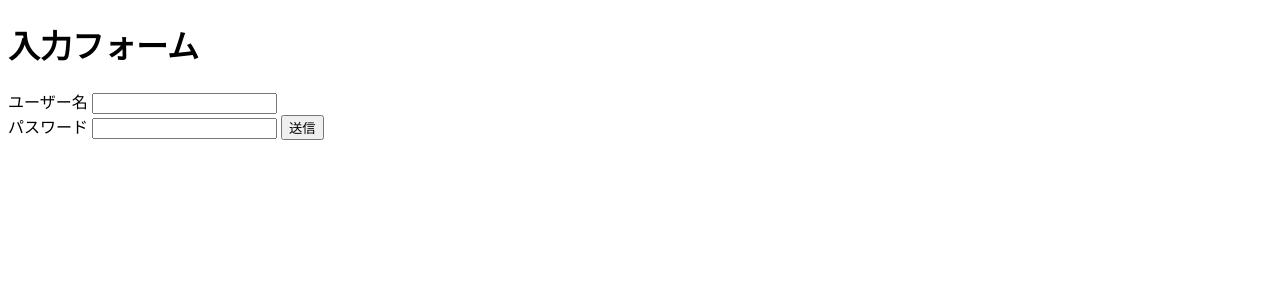
Repository: tt-nk/form-app
Page: http://localhost/signup
These files come from the project's save history. The page is drawn as it stood at one moment and after the next save; the edit follows.
The browser window is 1280 px wide. The pictures show the whole page.
The page is served by the project's application, run on Flask 3 (app.py).

Above is the page before, as saved 2021-12-14 16:48:04.

After the next save:
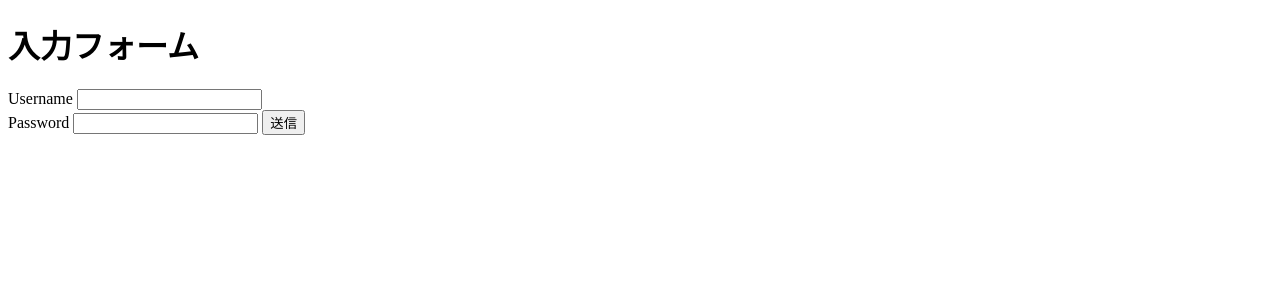
Saved 3 min 54 s later.
--- a/app.py
+++ b/app.py
@@ -4,7 +4,7 @@ from flask_sqlalchemy import SQLAlchemy
 from flask_login import UserMixin, LoginManager
 from flask_wtf import FlaskForm
 from wtforms import StringField, PasswordField
-from wtforms.validators import InputRequired
+from wtforms.validators import InputRequired, Length
 
 app = Flask(__name__)
 app.config['SQLALCHEMY_DATABASE_URI'] = 'sqlite:///form.db'
@@ -24,8 +24,8 @@ class User(UserMixin, db.Model):
 
 class LoginForm(FlaskForm):
     validators = [InputRequired()]
-    username = StringField('ユーザー名', validators)
-    password = PasswordField('パスワード')
+    username = StringField('Username', validators)
+    password = PasswordField('Password')
 
 
 @app.route('/signup', methods=['GET', 'POST'])
